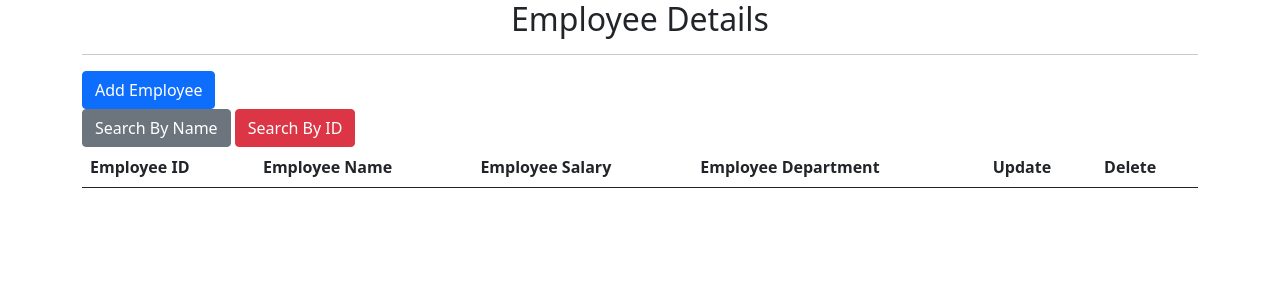
Repository: bhatideepak599/JspServlets
Page: http://localhost/10-student-mvc-db/Student
An editor plug-in stored every save of this project. The page is shown before and after the next save, followed by the edit.
The browser window is 1280 px wide. The pictures show the whole page.
The page is served by Tomcat 9. Other server files are loaded and not shown. Queries for data that is not in the repository find no rows.

Above is the page before, as saved 2024-07-18 18:13:20.

### 10-student-mvc-db/WebContent/empFile.jsp
<%@ page language="java" contentType="text/html; charset=ISO-8859-1"
	pageEncoding="ISO-8859-1"%>
<%@ taglib uri="http://java.sun.com/jsp/jstl/core" prefix="c"%>
<%@ taglib uri="http://java.sun.com/jsp/jstl/functions" prefix="fn"%>


<!DOCTYPE html>
<html>
<head>
<meta charset="ISO-8859-1">
<title>Employee Details</title>
<link
	href="https://cdn.jsdelivr.net/npm/bootstrap@5.0.2/dist/css/bootstrap.min.css"
	rel="stylesheet"
	integrity="sha384-EVSTQN3/azprG1Anm3QDgpJLIm9Nao0Yz1ztcQTwFspd3yD65VohhpuuCOmLASjC"
	crossorigin="anonymous">
<script
	src="https://cdn.jsdelivr.net/npm/bootstrap@5.0.2/dist/js/bootstrap.bundle.min.js"
	integrity="sha384-MrcW6ZMFYlzcLA8Nl+NtUVF0sA7MsXsP1UyJoMp4YLEuNSfAP+JcXn/tWtIaxVXM"
	crossorigin="anonymous"></script>
</head>


<body>

	<div class="container">

		<div class="text-center">

			<p class="h2">Employee Details</p>

		</div>

		<hr>
		<a href="add-Employee.jsp" class="btn btn-primary">Add Employee</a>
		<br>
		 <a href="serach-Employee-by-name.jsp" class="btn btn-secondary">Search By Name</a>
	<a href="search-Employee-by-id.jsp" class="btn btn-danger">Search By ID</a>
		<table class="table table-striped">

			<thead>

				<tr>

					<th>Employee ID</th>

					<th>Employee Name</th>

					<th>Employee Salary</th>

					<th>Employee Department</th>
					<th>Update</th>
					<th>Delete</th>

				</tr>

			</thead>

			<tbody>

				<c:forEach var="student" items="${theStudentList}">

					<tr>

						<td>${student.id}</td>
						<td>${student.name}</td>
						<td>${student.salary}</td>

						<td>${student.dept}</td>

						<td><a href="Student?command=load&Id=${student.id}"
							class="btn btn-secondary">Update</a></td>
						<td><a href="Student?command=delete&Id=${student.id}"
							class="btn btn-warning">Delete</a></td>
					</tr>

				</c:forEach>

			</tbody>

		</table>

	</div>

</body>

</html>

### 10-student-mvc-db/src/com/techlabs/controller/StudentController.java
package com.techlabs.controller;

import java.io.IOException;
import java.sql.SQLException;
import java.util.List;

import javax.annotation.Resource;
import javax.servlet.RequestDispatcher;
import javax.servlet.ServletException;
import javax.servlet.annotation.WebServlet;
import javax.servlet.http.HttpServlet;
import javax.servlet.http.HttpServletRequest;
import javax.servlet.http.HttpServletResponse;
import javax.sql.DataSource;

import com.techlabs.dao.StudentDbUtil;
import com.techlabs.entity1.Student;

@WebServlet("/Student")
public class StudentController extends HttpServlet {
	private static final long serialVersionUID = 1L;

	private StudentDbUtil studentDbUtil;

	@Resource(name = "jdbc/employee")
	private DataSource dataSource;

	@Override
	public void init() throws ServletException {
		super.init();
		studentDbUtil = new StudentDbUtil(dataSource);
	}

	protected void doGet(HttpServletRequest request, HttpServletResponse response)
			throws ServletException, IOException {

		String command;
		command = request.getParameter("command");

		if (command == null) {
			command = "list";
		}
		switch (command) {
		case "add":
			try {
				addStudent(request, response);
			} catch (SQLException | ServletException | IOException e) {

				e.printStackTrace();
			}
			break;

		case "load":
			try {

				loadStudent(request, response);
			} catch (SQLException | ServletException | IOException e) {

				e.printStackTrace();
			}
			break;

		case "update":
			try {
				updateStudent(request, response);
			} catch (SQLException | IOException e1) {

				e1.printStackTrace();
			}
			break;

		case "delete":
			try {
				deleteStudent(request, response);
			} catch (SQLException | ServletException | IOException e) {

				e.printStackTrace();
			}
			break;
		default:
			listStudents(request, response);
		}

	}

	private void updateStudent(HttpServletRequest request, HttpServletResponse response)
			throws SQLException, IOException {
		int id = Integer.parseInt(request.getParameter("Id"));
		String name = request.getParameter("name");
		String dept = request.getParameter("dept");
		double salary = Double.parseDouble(request.getParameter("salary"));

		Student st = new Student(id, name, salary, dept);

		boolean isUpdated = studentDbUtil.updateStudent(st);
		response.sendRedirect(request.getContextPath() + "/Student");

	}

	protected void doPost(HttpServletRequest request, HttpServletResponse response)
			throws ServletException, IOException {

		doGet(request, response);
	}

	private void listStudents(HttpServletRequest request, HttpServletResponse response)
			throws ServletException, IOException {

		List<Student> studentlist = studentDbUtil.getStudents();
		request.setAttribute("theStudentList", studentlist);
		RequestDispatcher requestDispatcher = request.getRequestDispatcher("/empFile.jsp");
		requestDispatcher.forward(request, response);
	}

	private void addStudent(HttpServletRequest request, HttpServletResponse response)
			throws SQLException, ServletException, IOException {
		String name = request.getParameter("name");
		String dept = request.getParameter("dept");
		double salary = Double.parseDouble(request.getParameter("salary"));

		Student student = new Student(name, salary, dept);
		// System.out.println(student);

		boolean isAdded = studentDbUtil.addStudent(student);
		response.sendRedirect(request.getContextPath() + "/Student");

	}

	private void loadStudent(HttpServletRequest request, HttpServletResponse response)
			throws SQLException, ServletException, IOException {

		int id = Integer.parseInt(request.getParameter("Id"));

		Student student = studentDbUtil.getStudent(id);
		request.setAttribute("theStudent", student);
		RequestDispatcher requestDispatcher = request.getRequestDispatcher("/update-Employee.jsp");
		requestDispatcher.forward(request, response);

	}

	private void deleteStudent(HttpServletRequest request, HttpServletResponse response)
			throws SQLException, ServletException, IOException {
		System.out.println("Deleted");
		int id = Integer.parseInt(request.getParameter("Id"));
		boolean isDeleted = studentDbUtil.deleteStudent(id);
		response.sendRedirect(request.getContextPath() + "/Student");

	}

}

After the next save:
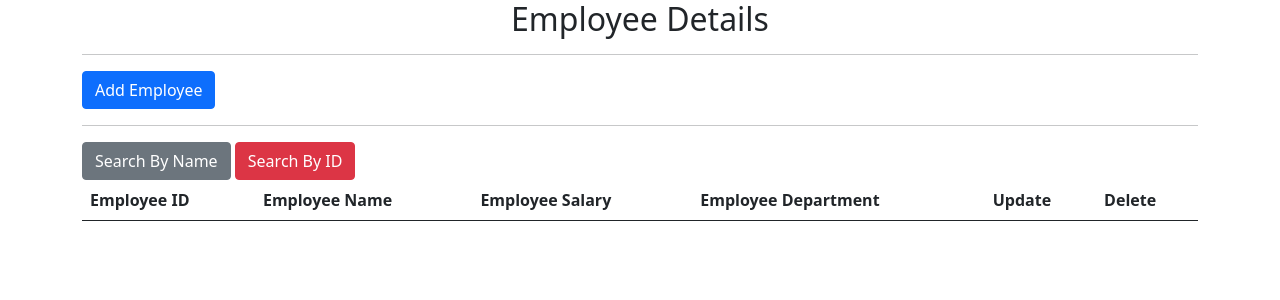
Saved 56 s later.
--- a/10-student-mvc-db/WebContent/empFile.jsp
+++ b/10-student-mvc-db/WebContent/empFile.jsp
@@ -33,7 +33,7 @@
 
 		<hr>
 		<a href="add-Employee.jsp" class="btn btn-primary">Add Employee</a>
-		<br>
+		<hr>
 		 <a href="serach-Employee-by-name.jsp" class="btn btn-secondary">Search By Name</a>
 	<a href="search-Employee-by-id.jsp" class="btn btn-danger">Search By ID</a>
 		<table class="table table-striped">

After the save that followed:
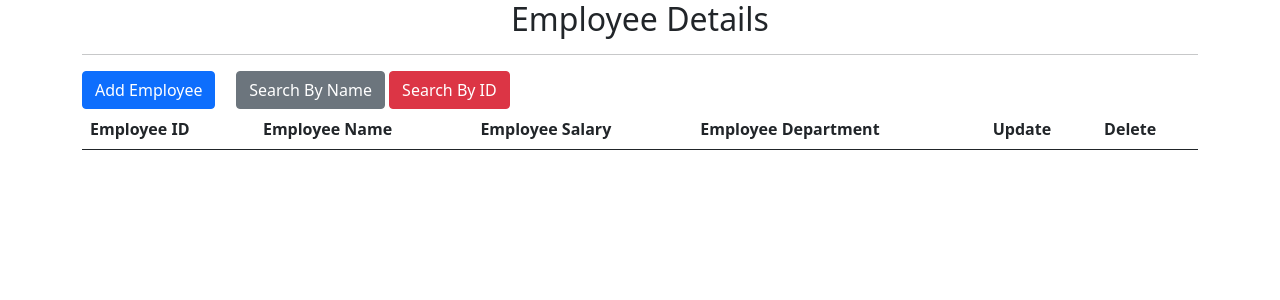
Saved 119 s later.
--- a/10-student-mvc-db/WebContent/empFile.jsp
+++ b/10-student-mvc-db/WebContent/empFile.jsp
@@ -33,7 +33,7 @@
 
 		<hr>
 		<a href="add-Employee.jsp" class="btn btn-primary">Add Employee</a>
-		<hr>
+		&nbsp;&nbsp;&nbsp;
 		 <a href="serach-Employee-by-name.jsp" class="btn btn-secondary">Search By Name</a>
 	<a href="search-Employee-by-id.jsp" class="btn btn-danger">Search By ID</a>
 		<table class="table table-striped">
